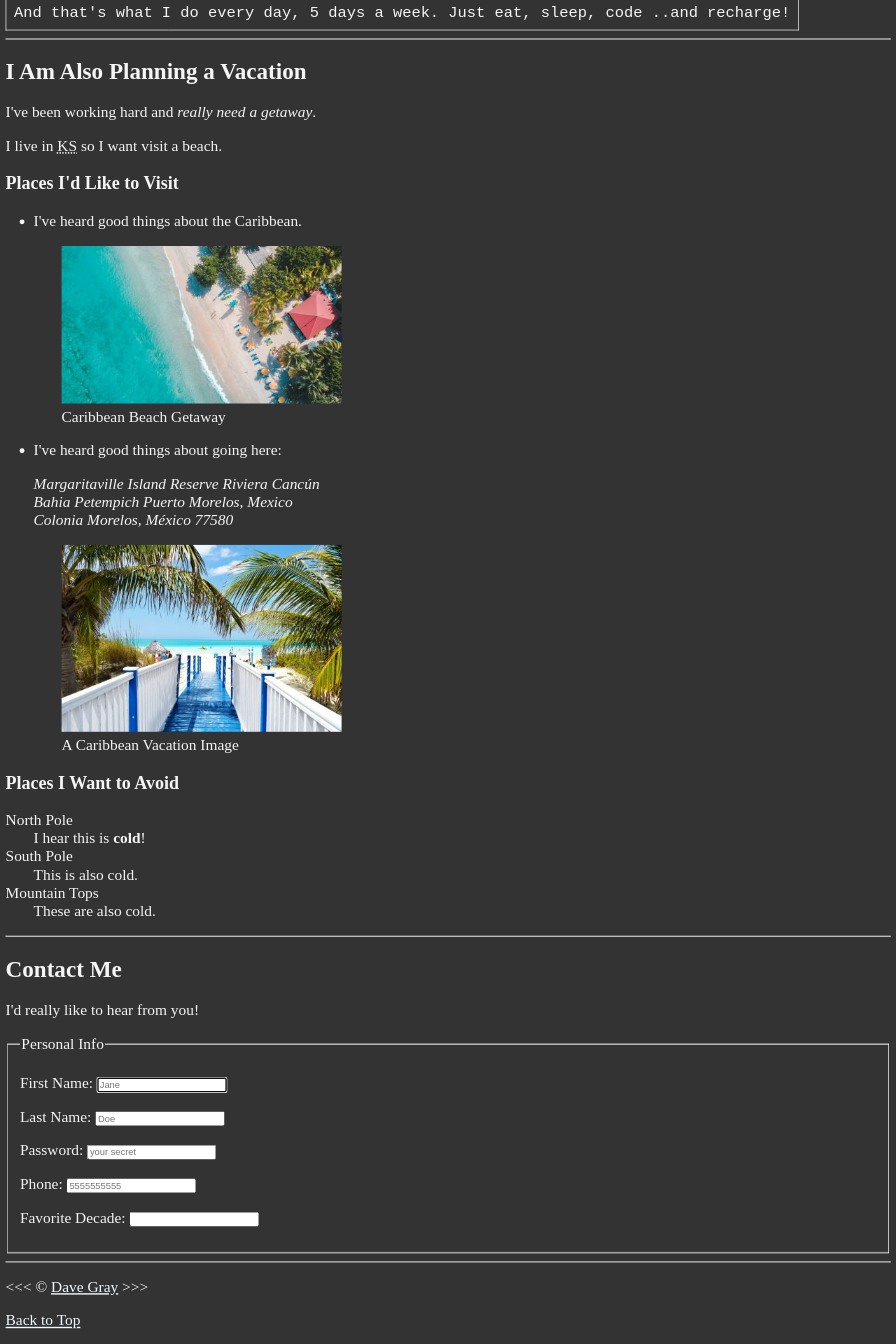
Repository: JavaProgrammerFromEastEurope/project-html-full-tutorial
Page: 09_lesson/index.html
The author's editor kept a copy of each file at every save. The page is drawn from the files as they stood at one save, then again after a run of saves.
The browser window is 1280 px wide. The pictures show the part of the page from y = 1439 to 3359 px (the page is 3359 px tall), at 70% of full size.

Above is the page before, as saved 2023-04-07 04:44:48.

### 09_lesson/index.html
<!DOCTYPE html>
<html lang="en">
  <head>
    <meta charset="UTF-8" />
    <meta name="author" content="Dave Gray" />
    <meta
      name="description"
      content="This page contains all the things I am learning how to create as I learn HTML."
    />
    <title>My First Web Page</title>
    <link rel="icon" href="html5.png" type="image/x-icon" />
    <link rel="stylesheet" href="main.css" type="text/css" />
  </head>

  <body>
    <header>
      <h1>My Goals for the Year</h1>

      <nav aria-label="primary-navigation">
        <ul>
          <li>
            <a href="#html">Learning HTML</a>
          </li>
          <li>
            <a href="#vacation">Planning a Vacation</a>
          </li>
          <li><a href="#contact">Contact Me</a></li>
        </ul>
      </nav>
    </header>

    <hr />
    <main>
      <article id="html">
        <h2>I'm Ready to Learn HTML</h2>
        <p>This is my first web page.</p>
        <section>
          <h3>HTML5</h3>
          <img
            src="./assets/img/html_logo_300x300.png"
            alt="HTML5 Logo"
            title="I am learning HTML5"
            width="300"
            height="300"
          />
          <figure>
            <figcaption>An Example of HTML5 code</figcaption>
            <p>
              <code>&lt;h1&gt;Hello World!&lt;/h1&gt;</code>
            </p>
          </figure>
        </section>
        <section>
          <h3>My Daily Schedule</h3>
          <p>Let me tell you how:</p>
          <ol>
            <li>...I learn more about web dev.</li>
            <li>...I plan out my schedule.</li>
            <li>
              ...I use resources from
              <abbr title="Mozilla Developer Network">
                <a href="https://developer.mozilla.org/">MDN</a> </abbr
              >.
            </li>
          </ol>
          <aside>
            <details>
              <summary>
                Guess the <mark>number of hours</mark> I code per day
              </summary>
              <p>
                I start at <time datetime="08:00">8 am</time> and I write code
                for <time datetime="PT3H">3 hours</time> every morning.
              </p>
            </details>
          </aside>
          <br />
          <table>
            <caption>
              My Daily Schedule
            </caption>
            <thead>
              <tr>
                <th>&nbsp;</th>
                <th scope="col">Time</th>
                <th scope="col">Activity</th>
              </tr>
            </thead>
            <tbody>
              <tr>
                <th scope="row">Morning</th>
                <td>
                  <time datetime="08:00">8am</time>-<time datetime="11:00"
                    >11am</time
                  >
                </td>
                <td>Write Code</td>
              </tr>
              <tr>
                <th scope="row">Break</th>
                <td>
                  <time datetime="11:00">11am</time>-<time datetime="12:00"
                    >12pm</time
                  >
                </td>
                <td>Eat Lunch</td>
              </tr>
              <tr>
                <th scope="row">Afternoon</th>
                <td>
                  <time datetime="12:00">12pm</time>-<time datetime="17:00"
                    >5pm</time
                  >
                </td>
                <td>Study for Other Courses</td>
              </tr>
              <tr>
                <th scope="row">Evening</th>
                <td rowspan="2">All Other Times</td>
                <td>Free Time</td>
              </tr>
              <tr>
                <th scope="row">Night</th>
                <td>Sleep</td>
              </tr>
            </tbody>
            <tfoot>
              <tr>
                <td colspan="3">
                  And that's what I do every day, 5 days a week. Just eat,
                  sleep, code ..and recharge!
                </td>
              </tr>
            </tfoot>
          </table>
        </section>
      </article>

      <hr />

      <article id="vacation">
        <h2>I Am Also Planning a Vacation</h2>
        <p>I've been working hard and <em>really need a getaway</em>.</p>
        <p>I live in <abbr title="Kansas">KS</abbr> so I want visit a beach.</p>

        <section>
          <h3>Places I'd Like to Visit</h3>
          <ul>
            <li>
              <p>I've heard good things about the Caribbean.</p>
              <figure>
                <img
                  src="./assets/img/caribbean.jpg"
                  alt="Caribbean Beach"
                  title="I want to visit a Caribbean beach."
                  width="400"
                  height="225"
                  loading="lazy"
                />
                <figcaption>Caribbean Beach Getaway</figcaption>
              </figure>
            </li>
            <li>
              <p>I've heard good things about going here:</p>
              <address>
                Margaritaville Island Reserve Riviera Cancún<br />
                Bahia Petempich Puerto Morelos, Mexico<br />
                Colonia Morelos, México 77580
              </address>
              <figure>
                <img
                  src="./assets/img/vacation.jpg"
                  alt="Cancun Vacation"
                  title="It's 5 o'Clock Somewhere!"
                  width="400"
                  height="267"
                  loading="lazy"
                />
                <figcaption>A Caribbean Vacation Image</figcaption>
              </figure>
            </li>
          </ul>
        </section>
        <!-- TODO: Add more places -->
        <section>
          <h3>Places I Want to Avoid</h3>
          <dl>
            <dt>North Pole</dt>
            <dd>I hear this is <strong>cold</strong>!</dd>

            <dt>South Pole</dt>
            <dd>This is also cold.</dd>

            <dt>Mountain Tops</dt>
            <dd>These are also cold.</dd>
          </dl>
        </section>
      </article>
      <hr />

      <article id="contact">
        <h2>Contact Me</h2>
        <p>I'd really like to hear from you!</p>
        <form action="https://httpbin.org/get" method="get">
          <fieldset>
            <legend>Personal Info</legend>
            <p>
              <label for="firstName">First Name:</label>
              <input
                type="text"
                name="firstName"
                id="firstName"
                placeholder="Jane"
                autocomplete="on"
                required
                autofocus
              />
							<p>
								<label for="lastName">Last Name:</label>
								<input type="text" name="lastName" id="lastName" placeholder="Doe"  autocomplete="on" required>
							</p>
							<p>
								<label for="password">Password:</label>
								<input type="password" name="password" id="password" placeholder="your secret" required>
							</p>
							<p>
								<label for="phone">Phone:</label>
								<input type="tel" name="phone" id="phone" placeholder="5555555555" pattern="[0-9]{3}[0-9]{3}[0-9]{4}" required>
							</p>
							<p>
								<label for="decade">Favorite Decade:</label>
								<input type="number" name="decade" id="decade" min="1950" amxx="">
							</p>
            </p>
          </fieldset>
        </form>
      </article>
    </main>
    <hr />
    <footer>
      <p>&lt;&lt;&lt; &copy; <a href="about.html">Dave Gray</a> &gt;&gt;&gt;</p>
      <p>
        <a href="#">Back to Top</a>
      </p>
    </footer>
  </body>
</html>

### 09_lesson/main.css
html {
    font-size: 22px;
}

body {
    background-color: #333;
    color: whitesmoke;
}

a {
    color: aliceblue;
}

a:visited {
    color: lightgray;
}

a:hover, a:active {
    color: #eee;
}

table, tr, th, td, caption {
	border: 1px solid #eee;
	font-family: 'Courier New', Courier, monospace;
	border-collapse: collapse;
	padding: 0.5rem;
}

After the next 4 saves:
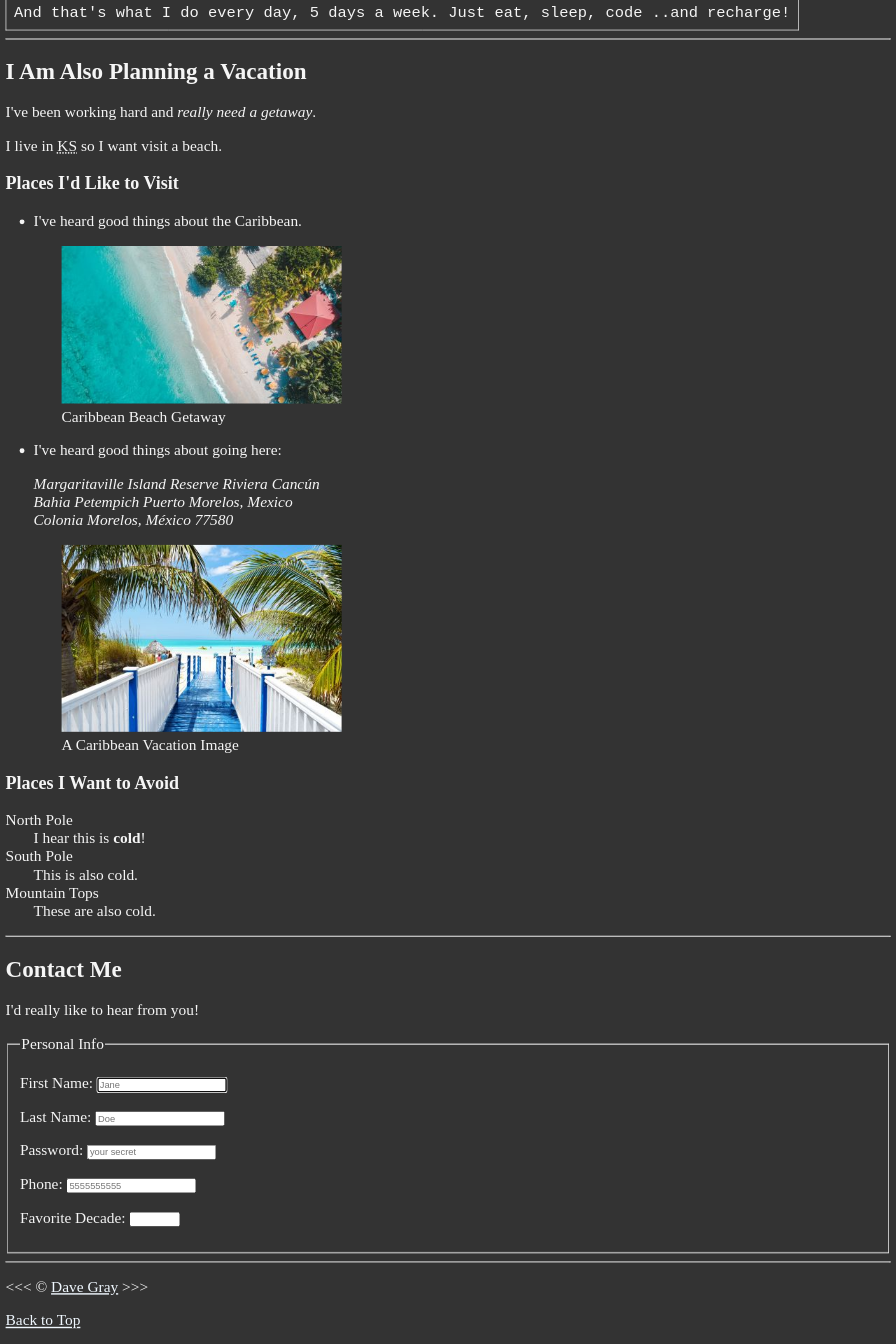
The 4 saves are shown as one change because they came seconds apart.
The last was saved 10 s later.
--- a/09_lesson/index.html
+++ b/09_lesson/index.html
@@ -229,7 +229,7 @@
 							</p>
 							<p>
 								<label for="decade">Favorite Decade:</label>
-								<input type="number" name="decade" id="decade" min="1950" amxx="">
+								<input type="number" name="decade" id="decade" min="1950" max="2020" step="10">
 							</p>
             </p>
           </fieldset>
